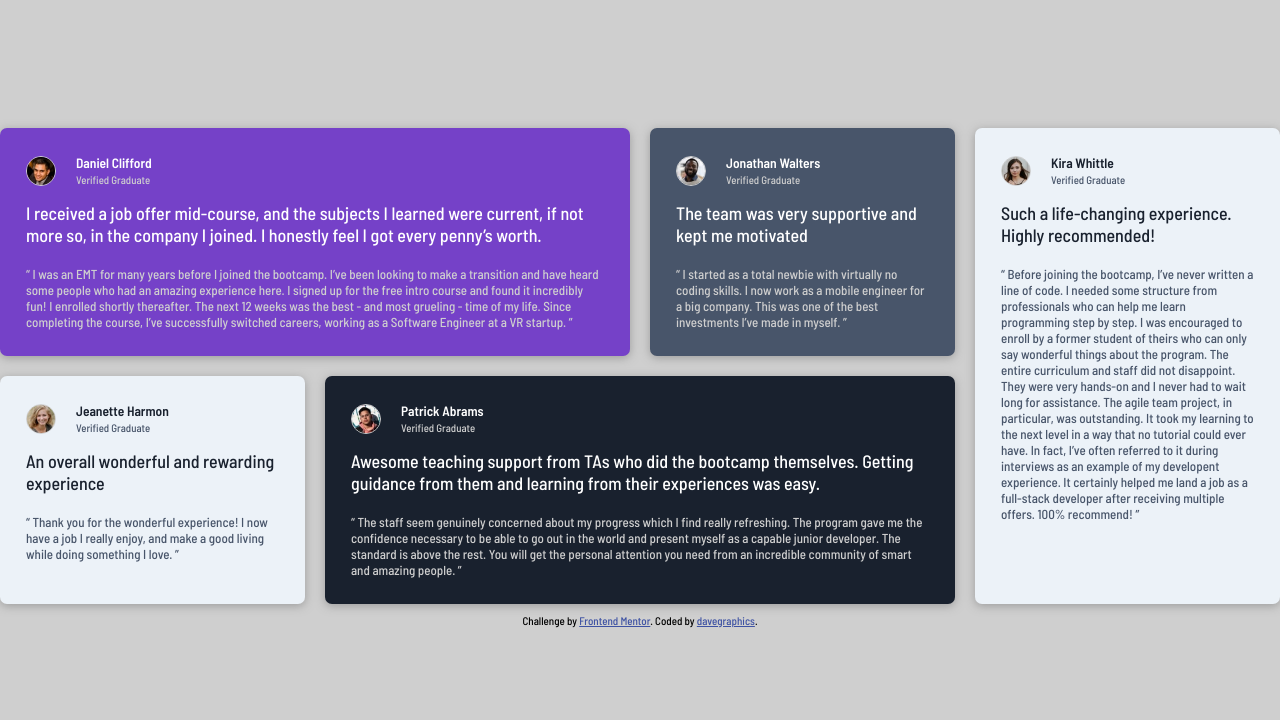
Repository: DejV44/testimonials_grid_section_main
Page: index.html
An editor plug-in stored every save of this project. The page is shown before and after the next save, followed by the edit.
The browser window is 1280 px wide. The pictures show the whole page.
The style sheet was rebuilt from its Sass, Less or Tailwind sources for each picture, by a compiler version that may differ from the author's.

Above is the page before, as saved 2021-07-15 20:51:34.

### index.html
<!DOCTYPE html>
<html lang="en">

<head>
  <meta charset="UTF-8">
  <meta name="viewport" content="width=device-width, initial-scale=1.0">
  <link rel="stylesheet" href="css/style.css">
  <link rel="icon" type="image/png" sizes="32x32" href="./images/favicon-32x32.png">
  <title>Frontend Mentor | Testimonials grid section</title>
</head>

<body>
  <div class="container">
    <div class="cards violet">
      <div class="image">
        <img src="./images/image-daniel.jpg" alt="image-daniel">
        <div>
          <h4>Daniel Clifford</h4>
          <small>Verified Graduate</small>
        </div>
      </div>
      <p>I received a job offer mid-course, and the subjects I learned were current, if not more so,
        in the company I joined. I honestly feel I got every penny’s worth.</p>
      <blockquote>“ I was an EMT for many years before I joined the bootcamp. I’ve been looking to make a
        transition and have heard some people who had an amazing experience here. I signed up
        for the free intro course and found it incredibly fun! I enrolled shortly thereafter.
        The next 12 weeks was the best - and most grueling - time of my life. Since completing
        the course, I’ve successfully switched careers, working as a Software Engineer at a VR startup. ”</blockquote>
    </div>
    <div class="cards darkgray">
      <div class="image">
        <img src="./images/image-jonathan.jpg" alt="image-jonathan">
        <div>
          <h4>Jonathan Walters</h4>
          <small>Verified Graduate</small>
        </div>
      </div>
      <p>The team was very supportive and kept me motivated</p>
      <blockquote>“ I started as a total newbie with virtually no coding skills. I now work as a mobile engineer
        for a big company. This was one of the best investments I’ve made in myself. ”</blockquote>
    </div>
    <div class="cards lgblue">
      <div class="image">
        <img src="./images/image-jeanette.jpg" alt="image-jeanette">
        <div>
          <h4>Jeanette Harmon</h4>
          <small>Verified Graduate</small>
        </div>
      </div>
      <p>An overall wonderful and rewarding experience</p>
      <blockquote>“ Thank you for the wonderful experience! I now have a job I really enjoy, and make a good living
        while doing something I love. ”</blockquote>
    </div>
    <div class="cards dbblue">
      <div class="image">
        <img src="./images/image-patrick.jpg" alt="image-patrick">
        <div>
          <h4>Patrick Abrams</h4>
          <small>Verified Graduate</small>
        </div>
      </div>
      <p>Awesome teaching support from TAs who did the bootcamp themselves. Getting guidance from them and
        learning from their experiences was easy.</p>
      <blockquote>“ The staff seem genuinely concerned about my progress which I find really refreshing. The program
        gave me the confidence necessary to be able to go out in the world and present myself as a capable
        junior developer. The standard is above the rest. You will get the personal attention you need from
        an incredible community of smart and amazing people. ”</blockquote>
    </div>
    <div class="cards lgblue_b">
      <div class="image">
        <img src="./images/image-kira.jpg" alt="image-kira">
        <div>
          <h4>Kira Whittle</h4>
          <small>Verified Graduate</small>
        </div>
      </div>
      <p>Such a life-changing experience. Highly recommended!</p>
      <blockquote>“ Before joining the bootcamp, I’ve never written a line of code. I needed some structure from
        professionals who can help me learn programming step by step. I was encouraged to enroll by a former
        student of theirs who can only say wonderful things about the program. The entire curriculum and staff
        did not disappoint. They were very hands-on and I never had to wait long for assistance. The agile team
        project, in particular, was outstanding. It took my learning to the next level in a way that no tutorial
        could ever have. In fact, I’ve often referred to it during interviews as an example of my developent
        experience. It certainly helped me land a job as a full-stack developer after receiving multiple offers.
        100% recommend! ”</blockquote>
    </div>
  </div>
  <div class="attribution">
    Challenge by <a href="https://www.frontendmentor.io?ref=challenge" target="_blank">Frontend Mentor</a>.
    Coded by <a href="#">davegraphics</a>.
  </div>
</body>

</html>

### css/style.scss
@import url("https://fonts.googleapis.com/css2?family=Barlow+Semi+Condensed:wght@500;600&display=swap");

$ModerateViolet: hsl(263, 55%, 52%);
$VeryDarkGrayishBlue: hsl(217, 19%, 35%);
$VeryDarkBlackishBlue: hsl(219, 29%, 14%);
$White: hsl(0, 0%, 100%);
$LightGray: hsl(0, 0%, 81%);
$LightGrayishBlue: hsl(210, 46%, 95%);

* {
  margin: 0;
  padding: 0;
  box-sizing: border-box;
}

body {
  font-size: 13px;
  font-family: "Barlow Semi Condensed", sans-serif;
  background-color: $LightGray;

  .container {
    display: grid;
    grid-template-columns: 1fr;
    margin: 20px;
    gap: 20px;
    .cards {
      padding: 2em;
      border-radius: 7px;
      box-shadow: rgba(128, 128, 128, 0.637) 0 2px 10px;

      &.violet {
        background-color: $ModerateViolet;
      }

      &.darkgray {
        background-color: $VeryDarkGrayishBlue;
      }

      &.lgblue {
        background-color: $LightGrayishBlue;
        p {
          color: $VeryDarkBlackishBlue;
        }
        blockquote {
          color: $VeryDarkGrayishBlue;
        }
        .image {
          h4 {
            color: $VeryDarkBlackishBlue;
          }
          small {
            color: $VeryDarkGrayishBlue;
          }
        }
      }

      &.lgblue_b {
        background-color: $LightGrayishBlue;
        p {
          color: $VeryDarkBlackishBlue;
        }
        blockquote {
          color: $VeryDarkGrayishBlue;
        }
        .image {
          h4 {
            color: $VeryDarkBlackishBlue;
          }
          small {
            color: $VeryDarkGrayishBlue;
          }
        }
      }
      &.dbblue {
        background-color: $VeryDarkBlackishBlue;
      }

      .image {
        display: flex;
        margin-bottom: 15px;
        align-items: center;

        img {
          border-radius: 50%;
          width: 30px;
          height: 30px;
          margin-right: 20px;
          border: 1px solid $LightGray;
        }

        h4 {
          color: $White;
          font-size: 13.5px;
        }

        small {
          color: $LightGray;
        }
      }

      blockquote {
        color: $LightGray;
        padding-top: 20px;
      }
      p {
        color: $White;
        font-size: 18px;
      }
    }
  }

  @media (min-width: 640px) {
    .container {
      grid-template-columns: repeat(2, 1fr);
    }
  }

  @media (min-width: 1280px) {
    .container {
      margin: 10% auto 10px auto;
      max-width: 1280px;
      grid-template-columns: repeat(4, 1fr);
      .cards {
        &.violet {
          grid-column: 1/3;
        }
        &.lgblue_b {
          grid-column: 4;
          grid-row: 1/3;
        }
        &.dbblue {
          grid-column: 2/4;
        }
      }
    }
  }

  .attribution {
    font-size: 11px;
    text-align: center;
  }
  .attribution a {
    color: hsl(228, 45%, 44%);
  }
}

After the next save:
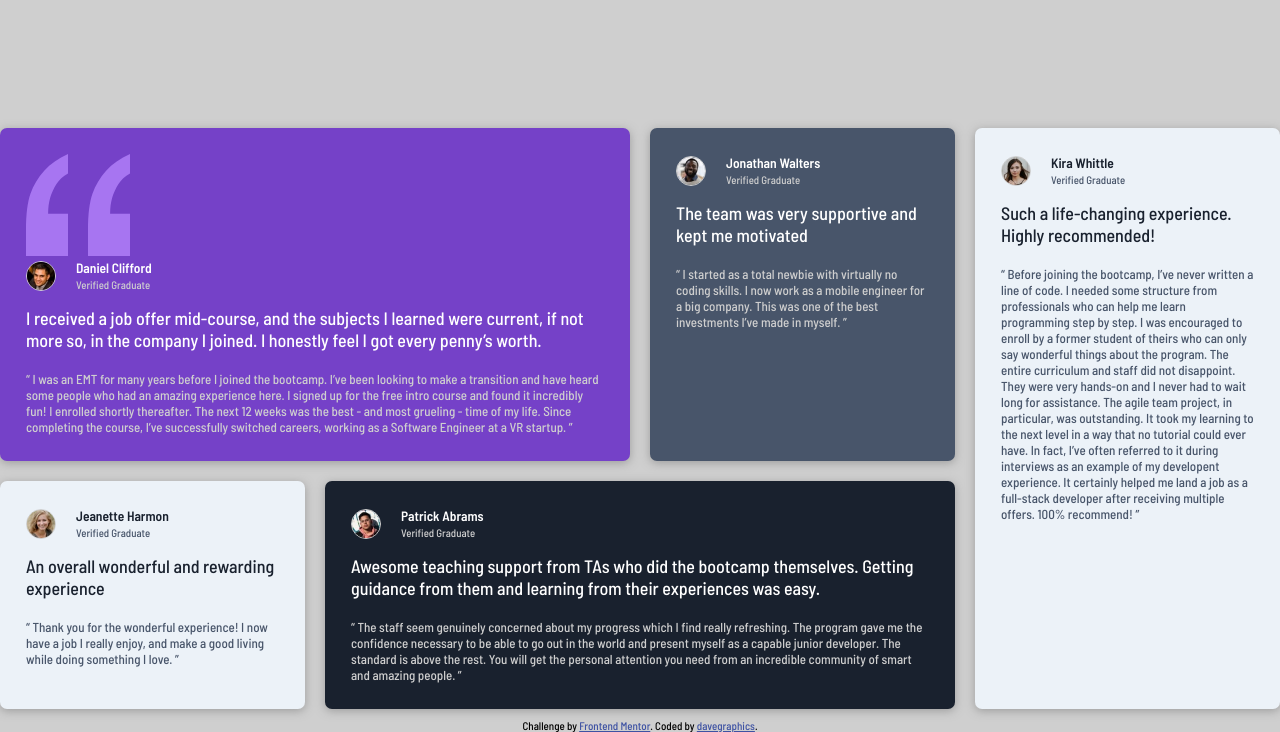
Saved 64 s later.
--- a/index.html
+++ b/index.html
@@ -12,6 +12,7 @@
 <body>
   <div class="container">
     <div class="cards violet">
+      <img src="./images/bg-pattern-quotation.svg" alt="quoation">
       <div class="image">
         <img src="./images/image-daniel.jpg" alt="image-daniel">
         <div>

After the 2 saves that followed:
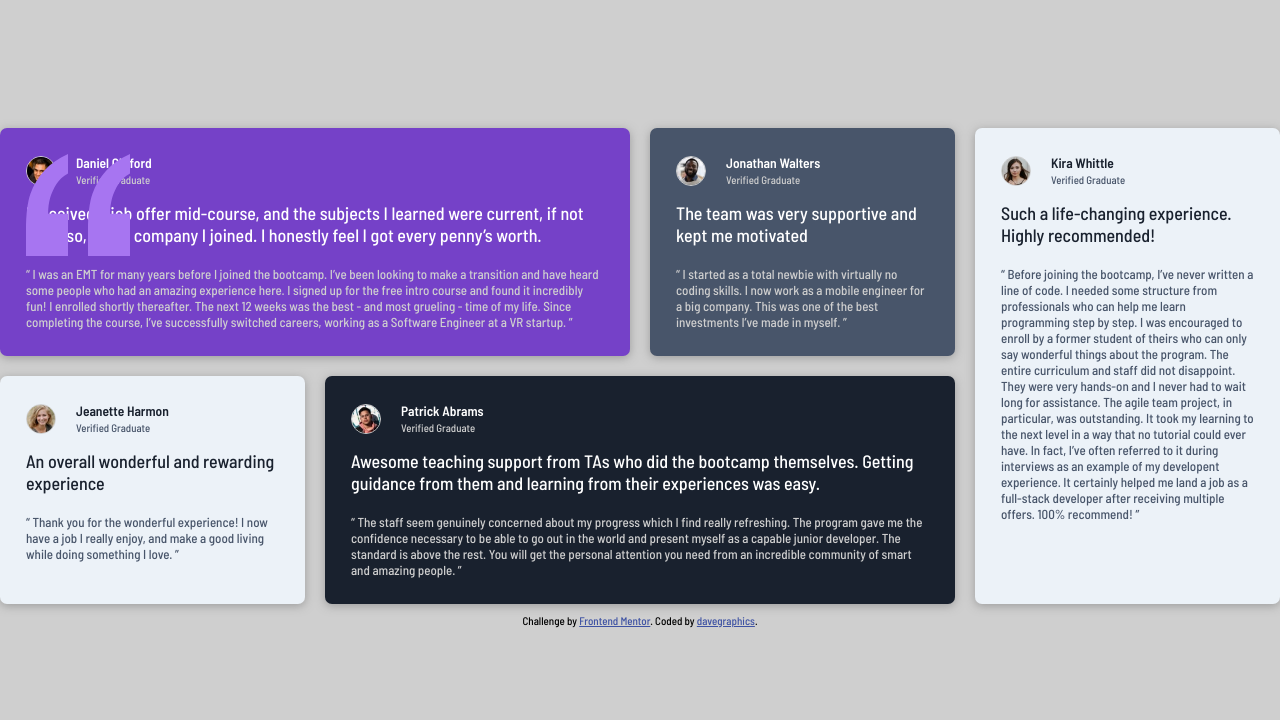
The 2 saves are shown as one change because 1 left the picture as it was.
The last was saved 74 s later.
--- a/index.html
+++ b/index.html
@@ -12,7 +12,7 @@
 <body>
   <div class="container">
     <div class="cards violet">
-      <img src="./images/bg-pattern-quotation.svg" alt="quoation">
+      <img class="quoation" src="./images/bg-pattern-quotation.svg" alt="quoation">
       <div class="image">
         <img src="./images/image-daniel.jpg" alt="image-daniel">
         <div>
--- a/css/style.scss
+++ b/css/style.scss
@@ -30,6 +30,9 @@ body {
 
       &.violet {
         background-color: $ModerateViolet;
+        .quoation {
+            position: absolute;
+        }
       }
 
       &.darkgray {
